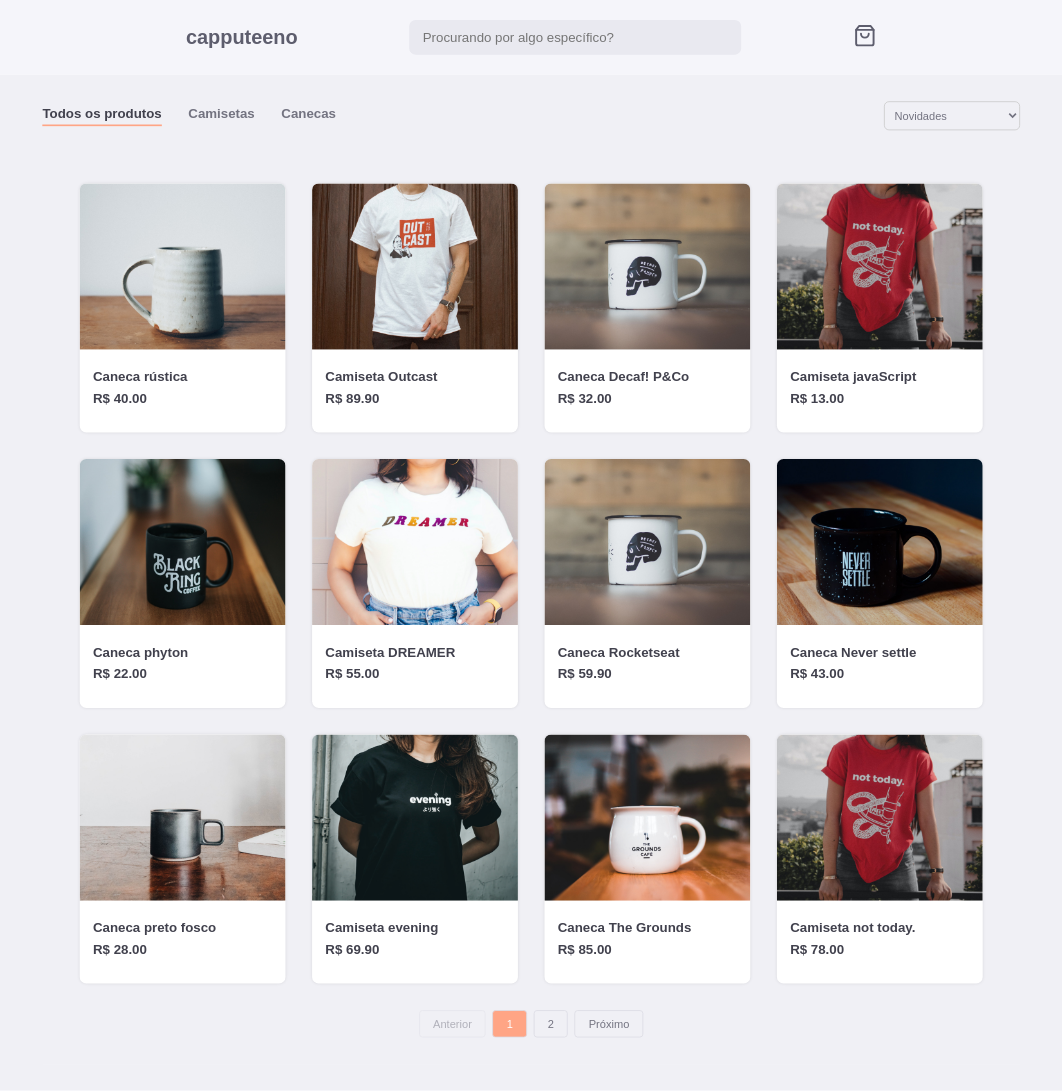
Repository: Biel-barbosa/capputeenoecomerce
Page: /
The author's editor kept a copy of each file at every save. The page is drawn from the files as they stood at one save, then again after the next save.
The browser window is 1280 px wide. The pictures show the whole page, at 83% of full size.
The project was rebuilt for these pictures with package versions that can differ from the ones it lists, and the page was loaded fresh each time. The framework's server and built-in components were replaced by stand-ins that run in the browser. Also part of the build but not shown: next.config.ts.

Above is the page before, as saved 2025-04-25 13:41:55.

After the next save:
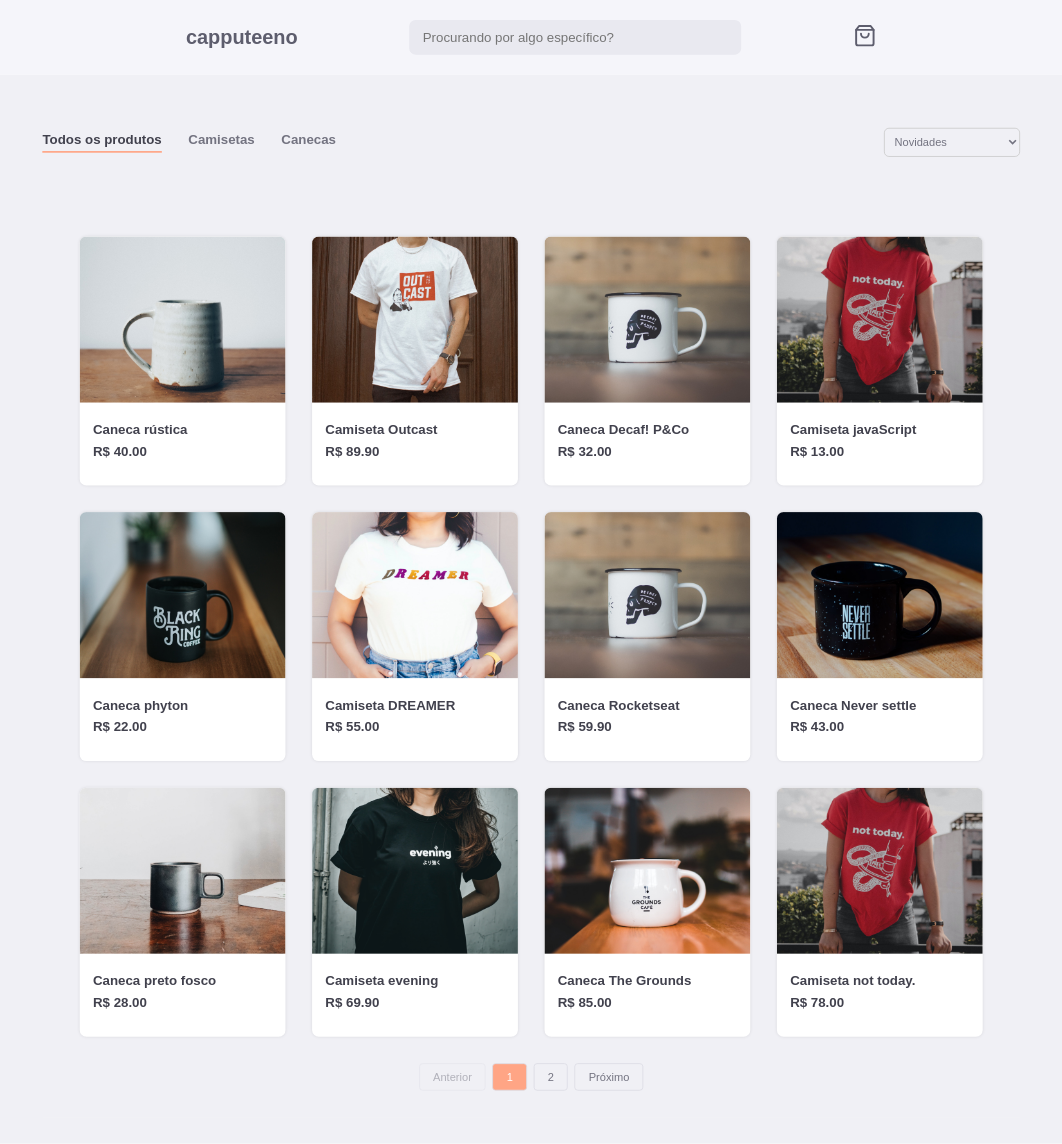
Saved 2 min 9 s later.
--- a/src/app/page.tsx
+++ b/src/app/page.tsx
@@ -20,6 +20,7 @@
   align-items: center;
   flex-wrap: wrap;
   margin-bottom: 2rem;
+  padding: 2rem 0rem
 `
 
 const Categories = styled.div`

After the save that followed:
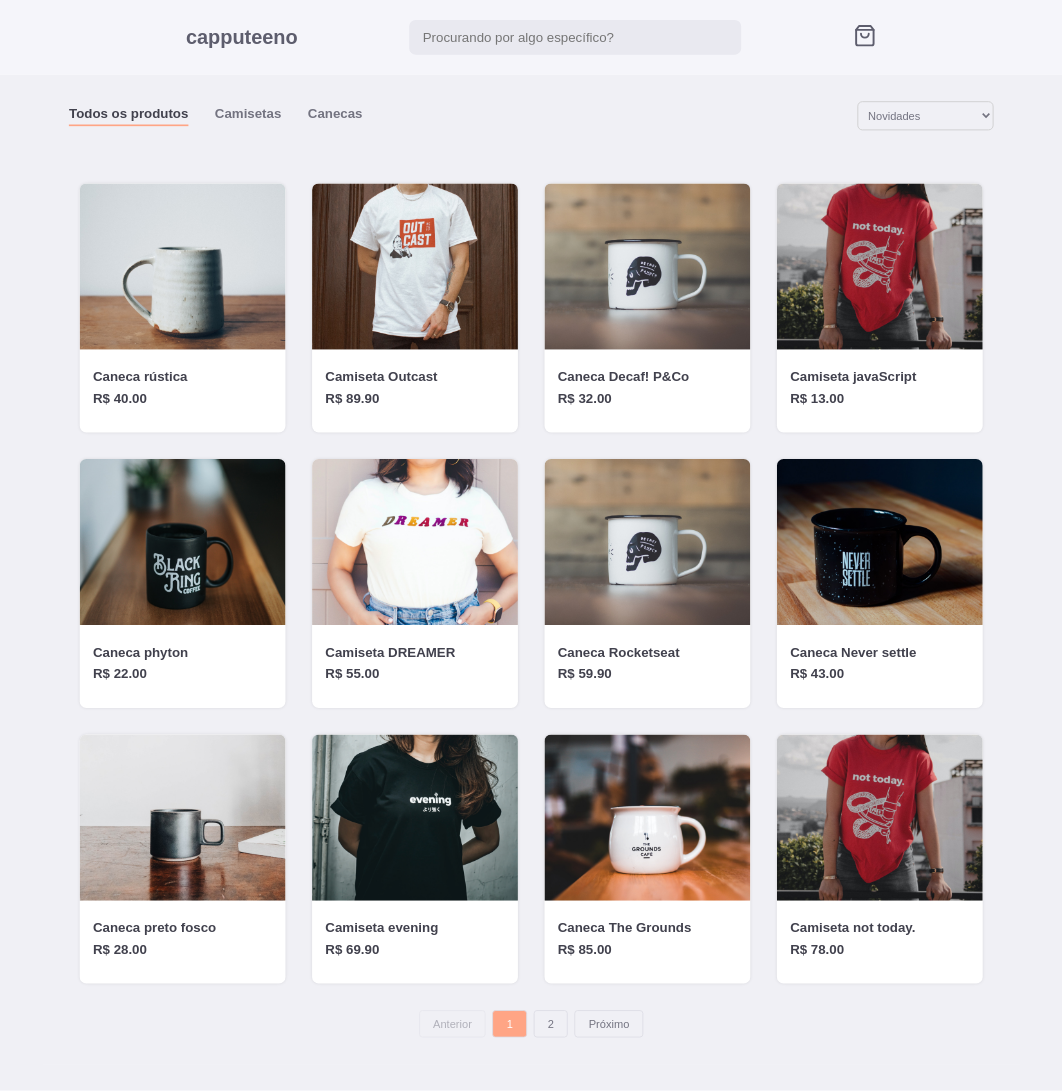
Saved 9 s later.
--- a/src/app/page.tsx
+++ b/src/app/page.tsx
@@ -20,7 +20,7 @@
   align-items: center;
   flex-wrap: wrap;
   margin-bottom: 2rem;
-  padding: 2rem 0rem
+  padding: 0rem 2rem
 `
 
 const Categories = styled.div`
